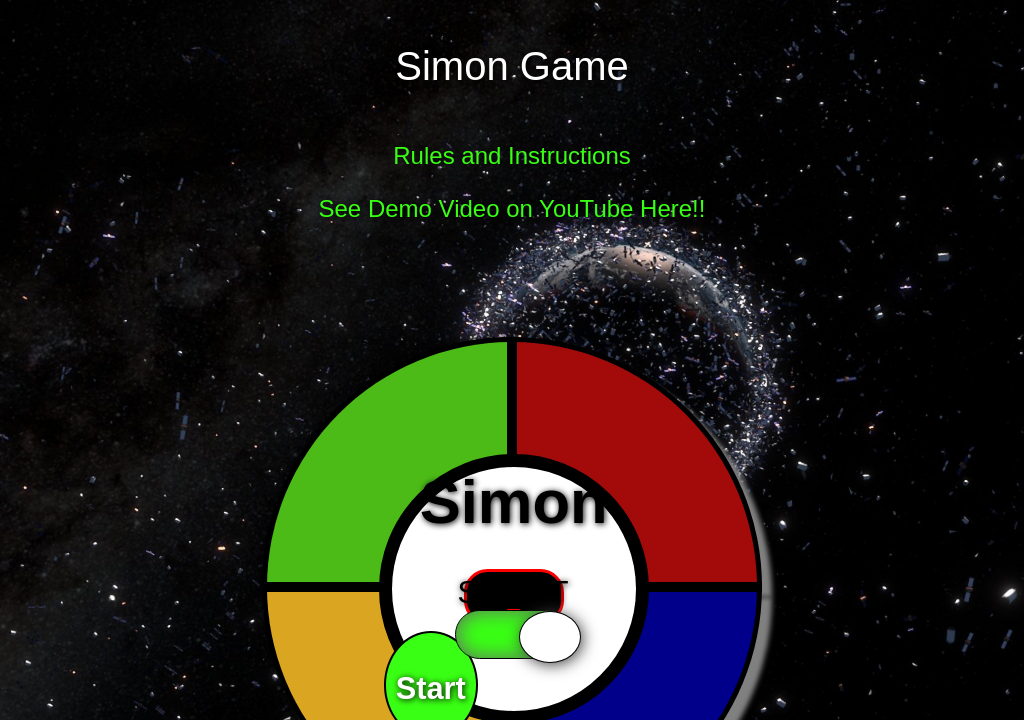
Repository: cgaynor91/Simon-Memory-Game
Page: index.html
The author's editor kept a record of every edit. The page is drawn from the files as they stood at one moment, then again after the next edit.
The browser window is 1024 px wide. The pictures show the whole page.
An inner scrolling area shows only its first screen. Some web fonts or font styles are not loaded; a fallback is used.

Above is the page before.

After the next edit:
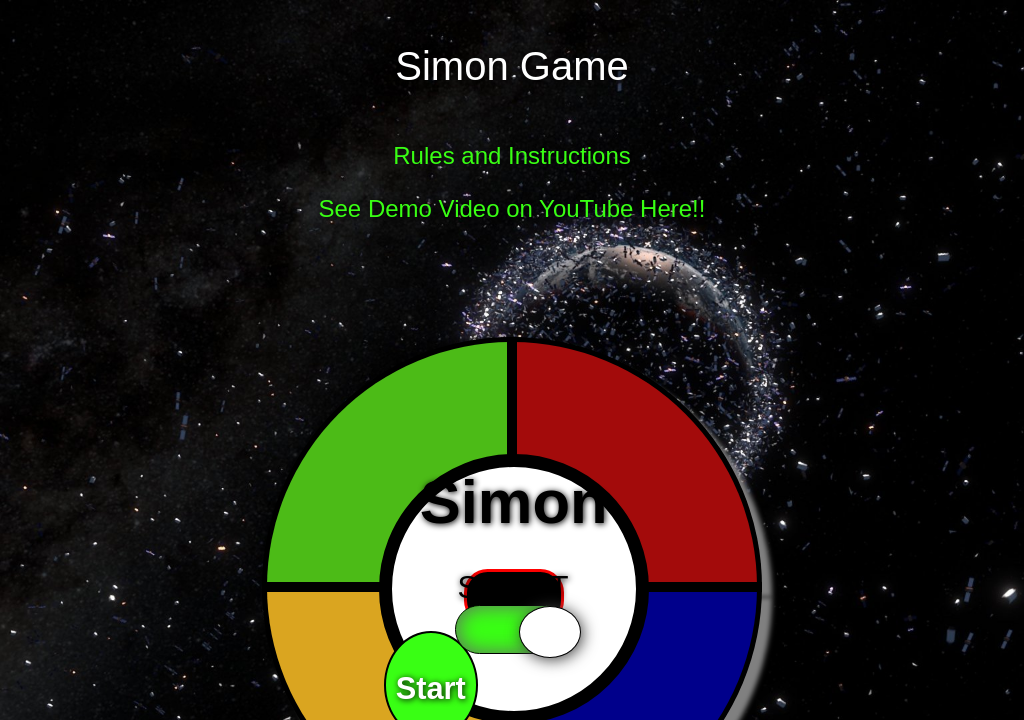
The edit:
--- a/assets/css/style.css
+++ b/assets/css/style.css
@@ -378,7 +378,7 @@
 
   .container.strict {
     bottom: 2vw;
-    height: 9.5vw;
+    height: 10vw;
     width: 15vw;
     margin-right: 5vw;
     font-size: 3vw;
